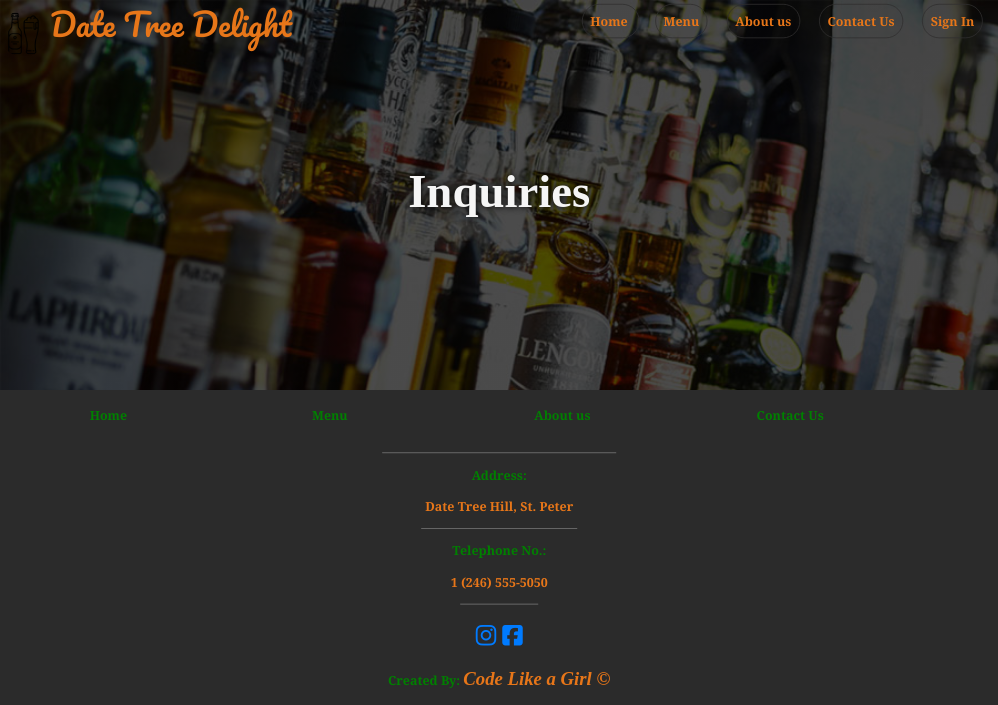
Repository: jadagoring/DateTreeDelight
Page: http://localhost/inquiries.php
The author's editor kept a copy of each file at every save. The page is drawn from the files as they stood at one save, then again after the next save.
The browser window is 1280 px wide. The pictures show the whole page, at 78% of full size.
Some web fonts or font styles are not loaded; a fallback is used. Some web libraries are served in a nearby version. The page is run by PHP 8.4 with error messages shown; the project is at /var/www/html/. Queries for data that is not in the repository find no rows.

Above is the page before, as saved 2020-06-04 15:46:40.

### inquiries.php
<?php
include "templates/header.php";
$connect = mysqli_connect("localhost", "root", "", "cart_system");
?>

<div class="inq-header">
    <div class="seperator-div"></div>
        <h2 class="inq-hdr">Inquiries</h2>
</div>

<div class="inq-body">

</div>

<?php include "templates/footer.php"; ?>

### templates/header.php
<?php
session_start();
include "assets/helpers/functions.php";

$app = new App();

$Occupation = $app->getRole();
?>
<!DOCTYPE html>
<html lang="en">

<head>
    <meta charset="UTF-8">
    <meta name="viewport" content="width=device-width, initial-scale=1.0">
    <title>Date Tree Delight</title>

    <!-- CSS -->
    <link rel="stylesheet" href="https://stackpath.bootstrapcdn.com/bootstrap/4.4.1/css/bootstrap.min.css" integrity="sha384-Vkoo8x4CGsO3+Hhxv8T/Q5PaXtkKtu6ug5TOeNV6gBiFeWPGFN9MuhOf23Q9Ifjh" crossorigin="anonymous">
    <link rel="stylesheet" href="assets\css\styles.css">

    <!-- JavaScript -->
    <script src="https://code.jquery.com/jquery-3.4.1.slim.min.js" integrity="sha384-J6qa4849blE2+poT4WnyKhv5vZF5SrPo0iEjwBvKU7imGFAV0wwj1yYfoRSJoZ+n" crossorigin="anonymous"></script>
    <script src="https://cdn.jsdelivr.net/npm/popper.js@1.16.0/dist/umd/popper.min.js" integrity="sha384-Q6E9RHvbIyZFJoft+2mJbHaEWldlvI9IOYy5n3zV9zzTtmI3UksdQRVvoxMfooAo" crossorigin="anonymous"></script>
    <script src="https://stackpath.bootstrapcdn.com/bootstrap/4.4.1/js/bootstrap.min.js" integrity="sha384-wfSDF2E50Y2D1uUdj0O3uMBJnjuUD4Ih7YwaYd1iqfktj0Uod8GCExl3Og8ifwB6" crossorigin="anonymous"></script>
    <script src="https://kit.fontawesome.com/e9662c41f5.js" crossorigin="anonymous"></script>
</head>

<body>
    <!-- No log in -->
    <?php if ($Occupation == "Random") { ?>

        <div id="Navbar" class="nav-bar">
            <div class="right-nav">
                <a href="index.php" class="side-links">Home </a>
                <a href="Menu.php" class="side-links">Menu</a>
                <a href="Aboutus.php" class="side-links">About us</a>
                <a href="Contactus.php" class="side-links">Contact Us</a>
                <a href="login.html" class="side-links" style="margin-right:20px">Sign In</a>
            </div>

            <div class="left-nav">
                <div class="left-info">
                    <img src="assets\images\l-07-512.png" style="width: 60px; height: 60px; border-radius: 30px;" alt="Logo">
                    <span class="nav-text">Date Tree Delight</span>
                </div>
            </div>
        </div>
    <?php
    }
    ?>

    <!-- Customers login -->
    <?php if ($Occupation == "Customer") { ?>

        <div id="Navbar" class="nav-bar">
            <div class="right-nav">
                <a href="shoppingcart.php"><img src="assets/images/shopping-cart.png" alt="shoppingcart" class="shop-cart"></a>
                <a href="index.php" class="side-links">Home </a>
                <a href="Menu.php" class="side-links">Menu</a>
                <a href="Aboutus.php" class="side-links">About us</a>
                <a href="Contactus.php" class="side-links">Contact Us</a>
                <a href="signout.php" class="side-links" style="margin-right:20px">Sign Out</a>
            </div>

            <div class="left-nav">
                <div class="left-info">
                    <img src="assets\images\l-07-512.png" style="width: 60px; height: 60px; border-radius: 30px;" alt="Logo">
                    <span class="nav-text">Date Tree Delight</span>
                </div>
            </div>
        </div>
    <?php
    }
    ?>

    <!-- Employees Logged in -->
    <?php if ($Occupation == "Employee") { ?>

        <div id="Navbar" class="nav-bar">
            <div class="right-nav">
                <a href="order.php" class="side-links">Orders </a>
                <a href="inventory.php" class="side-links">Inventory</a>
                <a href="inquiries.php" class="side-links">Inquiries</a>
                <a href="signout.php" class="side-links" style="margin-right:20px">Sign Out</a>
            </div>

            <div class="left-nav">
                <div class="left-info">
                    <img src="assets\images\l-07-512.png" style="width: 60px; height: 60px; border-radius: 30px;" alt="Logo">
                    <span class="nav-text">Date Tree Delight</span>
                </div>
            </div>
        </div>
    <?php } ?>

    <!-- Admin logged in -->
    <?php if ($Occupation == "Owner") { ?>
        <div id="Navbar" class="nav-bar">
            <div class="right-nav">
                <a href="events.php" class="side-links">Events</a>
                <a href="order.php" class="side-links">Orders</a>
                <a href="inventory.php" class="side-links">Inventory</a>
                <a href="inquiries.php" class="side-links">Inquires</a>
                <a href="Employees.php" class="side-links">Employees</a>
                <a href="signout.php" class="side-links" style="margin-right:20px">Sign Out</a>
            </div>

            <div class="left-nav">
                <div class="left-info">
                    <img src="assets\images\l-07-512.png" style="width: 60px; height: 60px; border-radius: 30px;" alt="Logo">
                    <span class="nav-text">Date Tree Delight</span>
                </div>
            </div>
        </div>
    <?php } ?>

### assets/helpers/functions.php
<?php
class App
{
    function getRole()
    {
        if (isset($_SESSION['Occupation'])) {
            $Occupation = $_SESSION['Occupation'];
        } else {
            $Occupation = "Random";
        }

        return $Occupation;
    }
    function adminpage()
    {
        if (isset($_SESSION['Occupation'])) {
            if ($_SESSION['Occupation'] != "Owner") {
                header('Location:index.php');
            }
        } else {
            header('Location:index.php');
        }
    }

    function employeepage()
    {
        if (isset($_SESSION['Occupation'])) {
            if (($_SESSION['Occupation'] == "Owner") || ($_SESSION['Occupation'] == "Employee")) {
            }
            else{
                header('Location:index.php');
            }
        } else {
            header('Location:index.php');
        }
    }
}

### templates/footer.php
    <div class="footer">
        <div class="container">
            <!-- No log in -->
            <?php if ($Occupation == "Random") { ?>
                <div class="row footer-nav">
                    <div class="col-3"> <a href="index.php" class="side-links">Home </a> </div>
                    <div class="col-3"> <a href="Menu.php" class="side-links">Menu</a> </div>
                    <div class="col-3"> <a href="Aboutus.php" class="side-links">About us</a> </div>
                    <div class="col-3"> <a href="Contactus.php" class="side-links">Contact Us</a> </div>
                </div>
            <?php
            }
            ?>

            <!-- Customers login -->
            <?php if ($Occupation == "Customer") { ?>
                <div class="row footer-nav">
                    <div class="col-2"> <a href="index.php" class="side-links">Home </a> </div>
                    <div class="col-2"> <a href="Menu.php" class="side-links">Menu</a> </div>
                    <div class="col-2"> <a href="shoppingcart.php" class="side-links">Cart</a> </div>
                    <div class="col-2"> <a href="Aboutus.php" class="side-links">About us</a> </div>
                    <div class="col-2"> <a href="Contactus.php" class="side-links">Contact Us</a> </div>
                </div>
            <?php
            }
            ?>

            <!-- Employees Logged in -->
            <?php if ($Occupation == "Employee") { ?>
                <div class="row footer-nav">
                    <div class="col-2"> <a href="order.php" class="side-links">Orders </a> </div>
                    <div class="col-2"> <a href="inventory.php" class="side-links">Inventory</a> </div>
                    <div class="col-2"> <a href="inquiries.php" class="side-links">Inquiries</a> </div>
                </div>
            <?php } ?>

            <!-- Admin logged in -->
            <?php if ($Occupation == "Owner") { ?>
                <div class="row footer-nav">
                    <div class="col-2"> <a href="events.php" class="side-links">Events</a> </div>
                    <div class="col-2"> <a href="order.php" class="side-links">Orders</a> </div>
                    <div class="col-2"> <a href="inventory.php" class="side-links">Inventory</a> </div>
                    <div class="col-2"> <a href="inquiries.php" class="side-links">Inquires</a> </div>
                    <div class="col-2"> <a href="Employees.php" class="side-links">Employees</a> </div>
                </div>
            <?php } ?>

            <div class="spacer-div"></div>
            <div class="row footer-nav-text">
                <div style="text-align:center; margin-left: auto; margin-right: auto;">
                    <hr class="footer-hr" style="width:300px;">
                    <p class="footer-text"> Address: </p>
                    <p>Date Tree Hill, St. Peter</p>
                    <hr class="footer-hr" style="width:200px;">
                    <p class="footer-text">Telephone No.:</p>
                    <p>1 (246) 555-5050</p>
                    <hr class="footer-hr" style="width:100px;">
                </div>
            </div>

            <div class="row">
                <div class="socials" style="text-align:center; margin-left: auto; margin-right: auto;">
                    <p> <a href="https://instagram.com/datetreedelight?igshid=wuq8k1wrkhhx"><i class="fab fa-instagram"></i> </a>
                        <a href="https://facebook.com/datetreedelight246"><i class="fab fa-facebook-square"> </i></a>
                    </p>
                </div>
            </div>

            <div class="row">
                <div class="footer-comp" style="text-align:center; margin-left: auto; margin-right: auto;">
                    <p> Created By: <span class="footer-company"> Code Like a Girl &copy </span> </p>
                </div>
            </div>

        </div>
    </div>
    </body>

    </html>

Loaded but not shown: assets/css/styles.css (700 lines, source omitted)

After the next save:
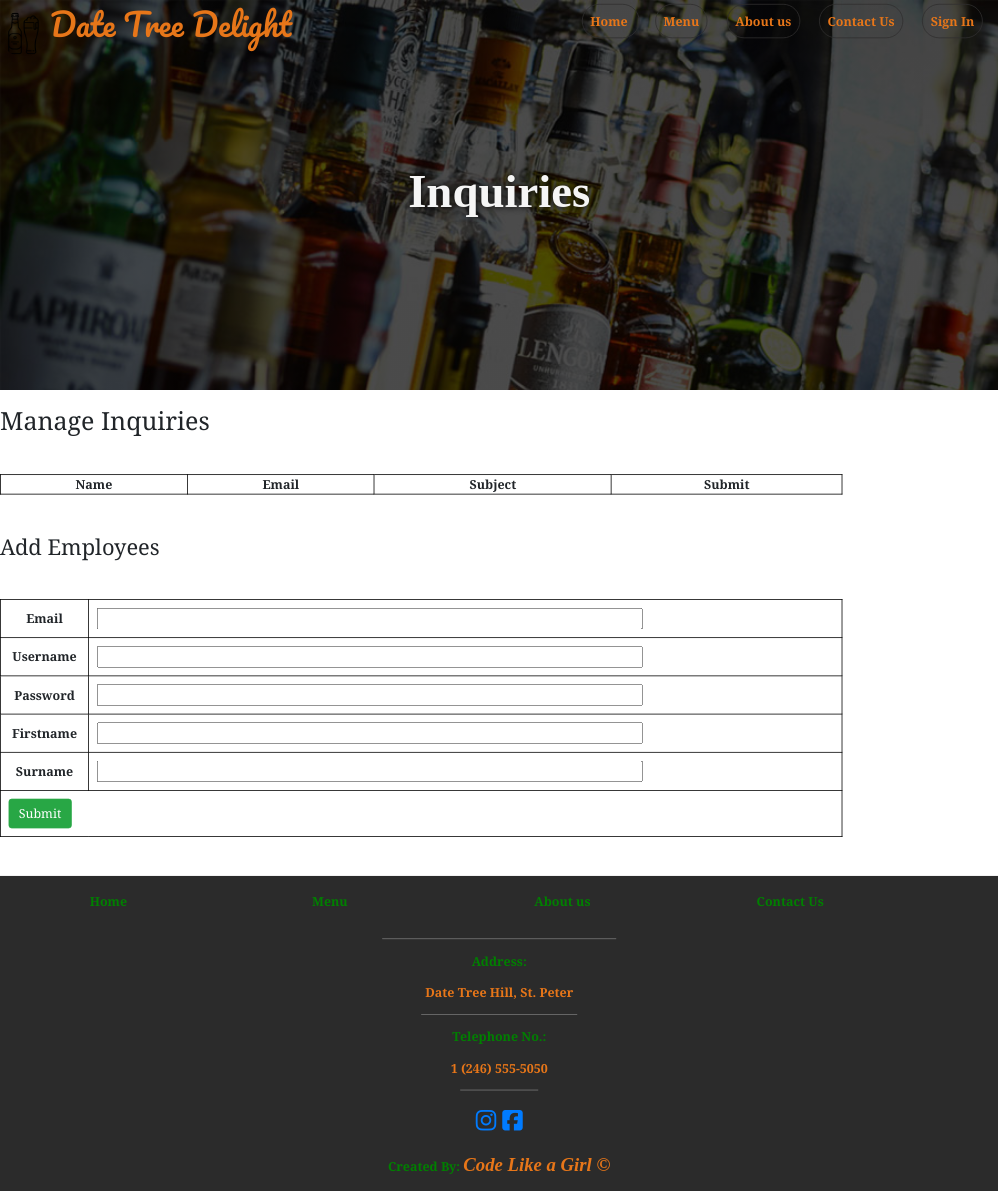
Saved 50 s later.
--- a/inquiries.php
+++ b/inquiries.php
@@ -5,11 +5,70 @@ $connect = mysqli_connect("localhost", "root", "", "cart_system");
 
 <div class="inq-header">
     <div class="seperator-div"></div>
-        <h2 class="inq-hdr">Inquiries</h2>
+    <h2 class="inq-hdr">Inquiries</h2>
 </div>
 
 <div class="inq-body">
+        <table>
+            <h2 style="padding-top: 20px;">Manage Inquiries</h2>
+            <tr>
+                <th>Name</th>
+                <th>Email</th>
+                <th>Subject</th>
+                <th>Submit</th>
+            </tr>
 
+            <?php
+            $query = "SELECT * FROM login ORDER BY userID ASC";
+            $result = mysqli_query($connect, $query);
+            if (mysqli_num_rows($result) > 0) {
+                while ($row = mysqli_fetch_array($result)) {
+            ?>
+                    <form action="employees.php" method="POST">
+                        <tr>
+                            <td><?php echo $row["email"]; ?></td>
+                            <td><?php echo $row["userName"]; ?></td>
+                            <td><?php echo $row["firstName"]; ?></td>
+                            <td><?php echo $row["lastName"]; ?></td>
+                            <td style="text-align: center;"><input type="submit" value="Delete" name="deleteusr" class="btn btn-danger"></td>
+                            <input type="hidden" name="userID" value="<?php echo $row['userID'] ?>">
+
+                        </tr>
+                    </form>
+            <?php
+                }
+            }
+            ?>
+
+            <table>
+                <form action="employees.php" method="POST">
+                    <h3>Add Employees</h3>
+                    <tr>
+                        <th>Email</th>
+                        <td><input type="email" name="Email" style="width: 700px;"></td>
+                    </tr>
+
+                    <tr>
+                        <th>Username</th>
+                        <td><input type="text" name="Username" style="width: 700px;"></td>
+                    </tr>
+                    <tr>
+                        <th>Password</th>
+                        <td><input type="password" name="Password" style="width: 700px;"></td>
+                    </tr>
+                    <tr>
+                        <th>Firstname</th>
+                        <td><input type="text" name="FirstName" style="width: 700px;"></td>
+                    </tr>
+                    <tr>
+                        <th>Surname</th>
+                        <td><input type="text" name="LastName" style="width: 700px;"></td>
+                    </tr>
+                    <tr>
+                        <td colspan="2"><input type="Submit" name="Submit" value="Submit" class="btn btn-success"></td>
+                    </tr>
+                </form>
+            </table>
 </div>
 
 <?php include "templates/footer.php"; ?>
